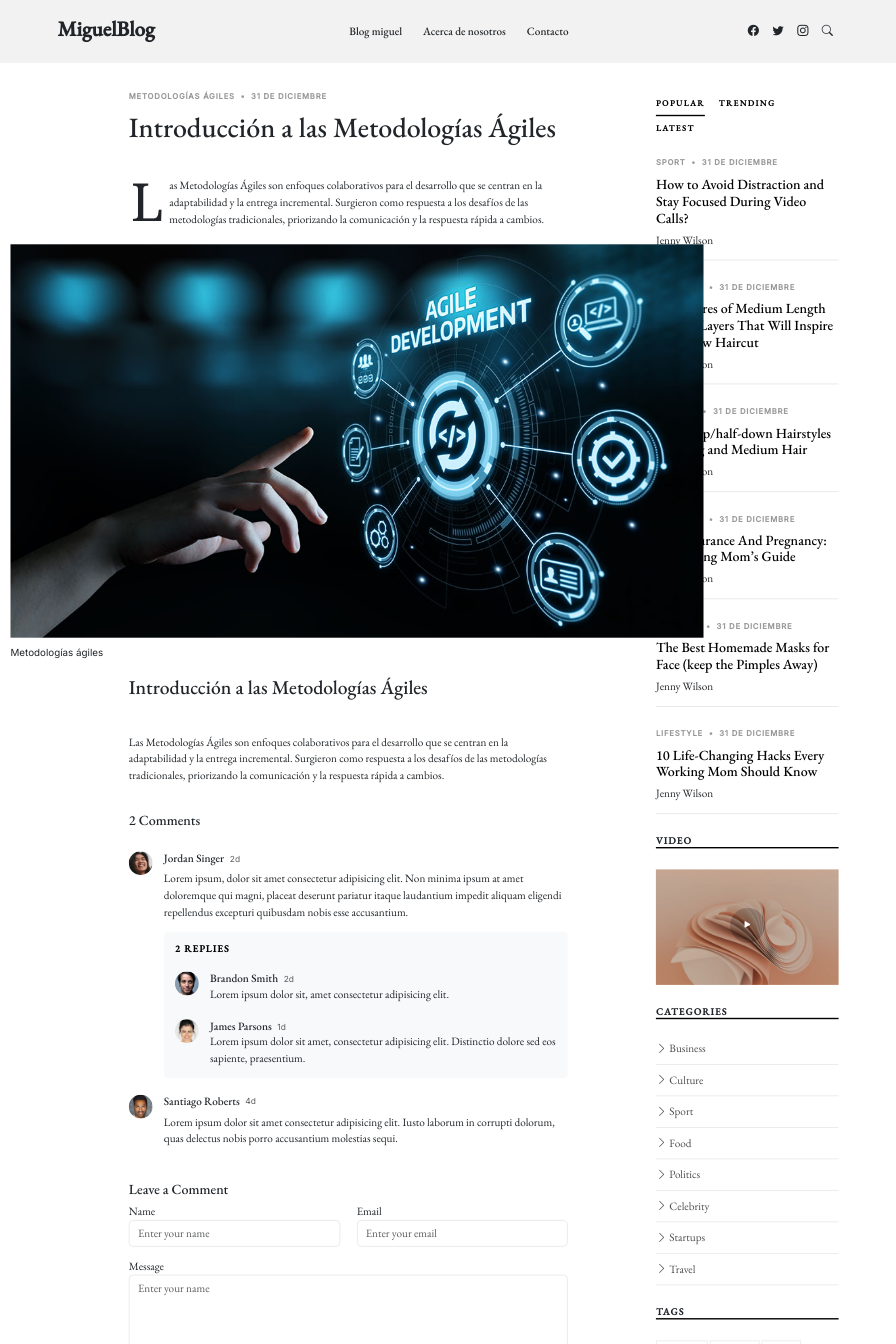
Repository: MiguelDev5/blog-miguel
Page: ma-post.html
The author's editor kept a copy of each file at every save. The page is drawn from the files as they stood at one save, then again after the next save.
The browser window is 1280 px wide. The pictures show the part of the page from y = 0 to 1920 px (the page is 2622 px tall before and 2567 px after), at 70% of full size.
Some web fonts or font styles are not loaded; a fallback is used.

Above is the page before, as saved 2024-01-01 14:06:22.

After the next save:
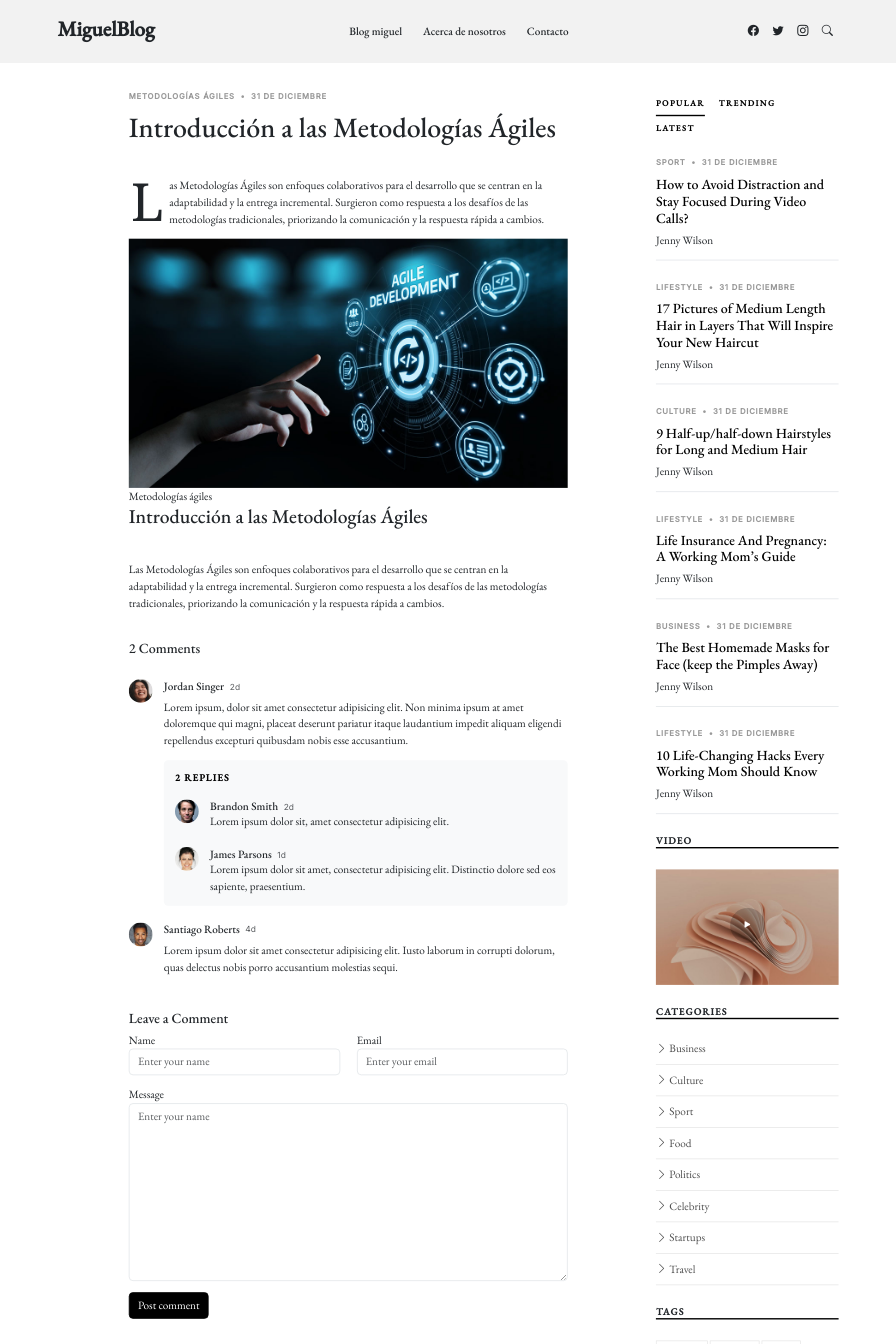
Saved 56 s later.
--- a/ma-post.html
+++ b/ma-post.html
@@ -94,10 +94,9 @@
               <h1 class="mb-5">Introducción a las Metodologías Ágiles</h1>
               <p><span class="firstcharacter">L</span>as Metodologías Ágiles son enfoques colaborativos para el desarrollo que se centran en la adaptabilidad y la entrega incremental. Surgieron como respuesta a los desafíos de las metodologías tradicionales, priorizando la comunicación y la respuesta rápida a cambios.</p>
               <div class="col-md-3"></div>
-                <figure class="my-4" >
+
                   <img src="assets/img/ma001.jpg" alt="" class="img-fluid" style="width: 200;">
                   <figcaption>Metodologías ágiles </figcaption>
-                </figure>
               </div>
               <h3 class="mb-5">Introducción a las Metodologías Ágiles</h3>
               <p>Las Metodologías Ágiles son enfoques colaborativos para el desarrollo que se centran en la adaptabilidad y la entrega incremental. Surgieron como respuesta a los desafíos de las metodologías tradicionales, priorizando la comunicación y la respuesta rápida a cambios.</p>
